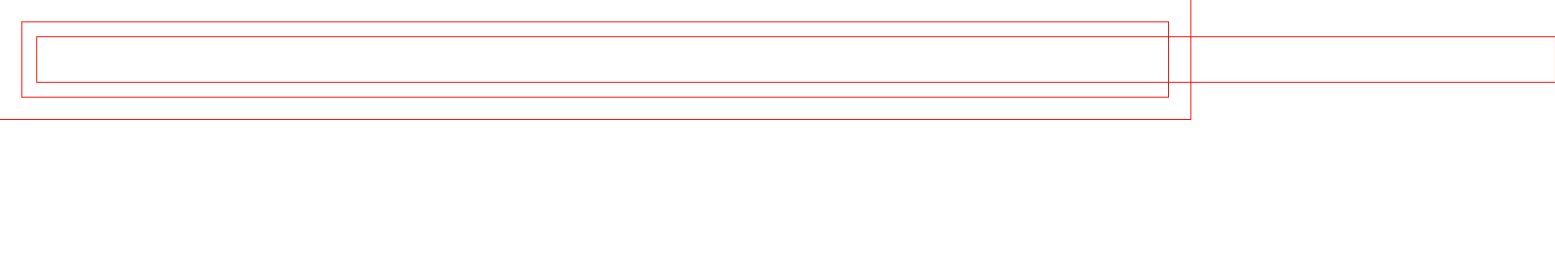
Repository: JacobSkilling-dot/Project1-Blog
Page: Week3-Blog.html
These files come from the project's save history. The page is drawn as it stood at one moment and after the next save; the edit follows.
The browser window is 1280 px wide. The page is 1672 px wide, then 1280 px, so the pictures cover 1672 px, including what lies to the right of the window. The pictures show the whole page, at 93% of full size.

Above is the page before, as saved 2023-01-16 19:37:44.

### Week3-Blog.html
<!DOCTYPE html>
<html lang="en">
<head>
    <meta charset="UTF-8">
    <meta http-equiv="X-UA-Compatible" content="IE=edge">
    <meta name="viewport" content="width=device-width, initial-scale=1.0">
    <title>Website Template</title>
    <link rel="stylesheet" href="style.css">
</head>
<body>
    <div class="main-content">
        <style>
            .main-content{
                width: 100rem;
            }


        </style>
    </div>

</body>
</html>

### style.css
* {
    outline: 1px solid rgb(255, 0, 0);
    padding: 1rem;
    min-height: 1rem;
}

After the next save:
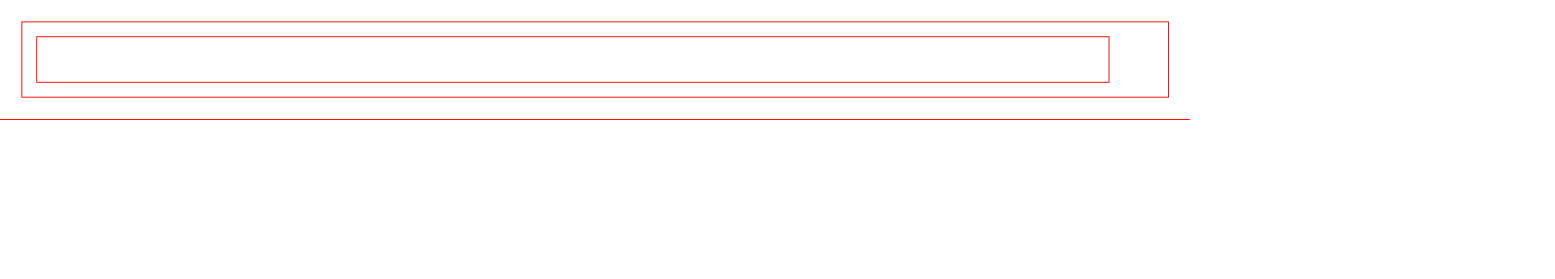
Saved 14 s later.
--- a/Week3-Blog.html
+++ b/Week3-Blog.html
@@ -11,7 +11,7 @@
     <div class="main-content">
         <style>
             .main-content{
-                width: 100rem;
+                width: 70rem;
             }
 
 
